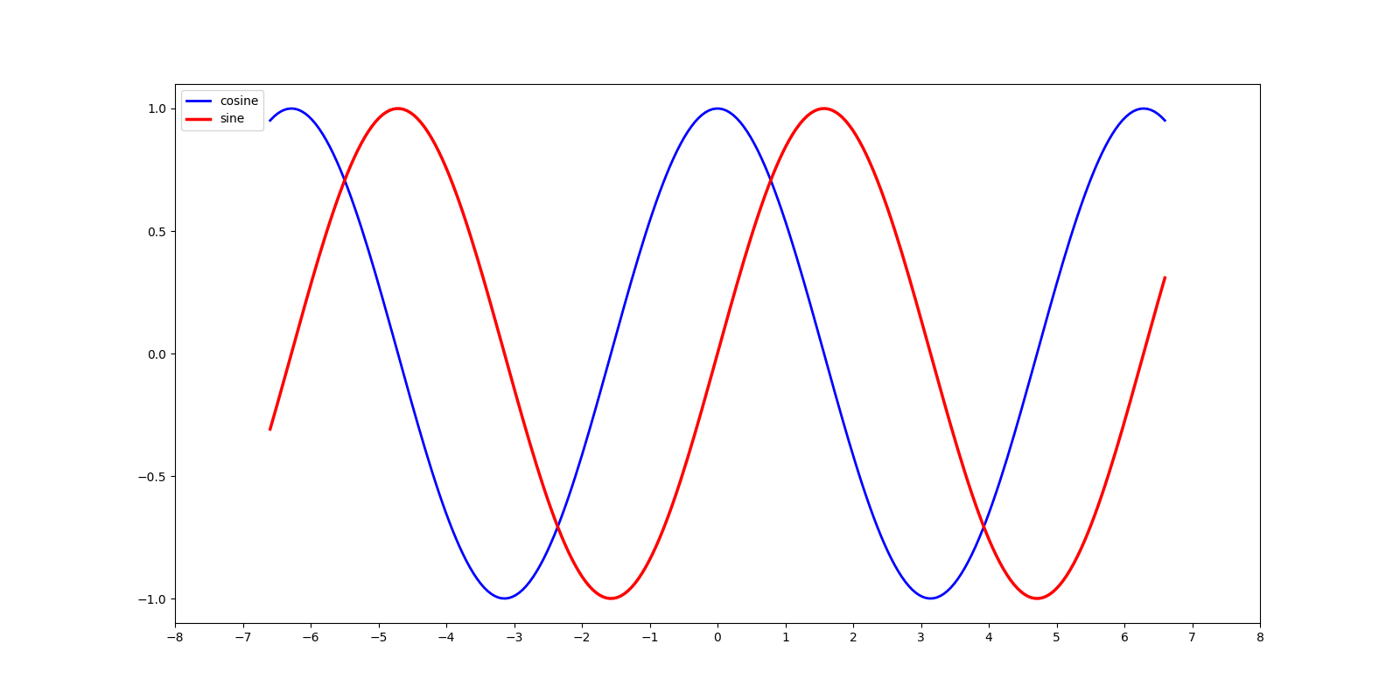
Repository: Jaamunozr/Archivos-python
Script's output: python Archivos Python/Graficas/ejecutable.py
These files come from the project's save history. The script's output is drawn as it stood at one moment and after the next save; the edit follows.
Figures wider than 1,400 px are first shrunk to that width. Animations are shown at an early frame. Random numbers start from a fixed seed.

Above is the script's output before, as saved 2020-02-16 21:35:27.

### Archivos Python/Graficas/ejecutable.py
import pylab as pl
import numpy as np

# Crear una figura de 8x6 puntos de tamaño, 80 puntos por pulgada (Se modifica a 16x8)
pl.figure(figsize=(16, 8), dpi=100)

# Crear una nueva subgráfica en una rejilla de 1x1 (se podrian crean una de dos graficas en una reijlla)
pl.subplot(1, 1, 1)
# Obtencion de datos para seno y coseno (Desde -2pi hasta 2pi)
X = np.linspace(-2.1*np.pi, 2.1*np.pi, 256, endpoint=True) #el numero 256 es la cantidad de datos en ese intervalo
C, S = np.cos(X), np.sin(X)

# Graficar la función coseno con una línea continua azul de 1 pixel de grosor
pl.plot(X, C, color="blue", linewidth=1.0, linestyle="-")

# Graficar la función seno con una línea continua verde de 1 pixel de grosor
pl.plot(X, S, color="green", linewidth=1.0, linestyle="-")

# Establecer límites del eje x (Divisiones en X)
pl.xlim(-8.0, 8.0)

# Ticks en x(Impresión de intervalos, cantidad de datos mostrados en el eje)
pl.xticks(np.linspace(-8, 8, 17, endpoint=True))

# Establecer límites del eje y (Divisiones en Y)
pl.ylim(-1.0, 1.0)

# Ticks en y (Impresión de intervalos, cantidad de datos mostrados en el eje)
pl.yticks(np.linspace(-1, 1, 5, endpoint=True))

'''Otra opcion de determinar los limites a imprimir
pl.xticks([-np.pi, -np.pi/2, 0, np.pi/2, np.pi])
pl.yticks([-1, 0, +1]) '''
#AGREGAR LINEAS DE EJES Y QUITAR EL RECUADRO:
'''
ax = pl.gca()
ax.spines['right'].set_color('none')
ax.spines['top'].set_color('none')
ax.xaxis.set_ticks_position('bottom')
ax.spines['bottom'].set_position(('data',0))
ax.yaxis.set_ticks_position('left')
ax.spines['left'].set_position(('data',0))'''

# Guardar la figura usando 72 puntos por pulgada
# savefig("exercice_2.png", dpi=72)

#Indicamos los espacios entre los bordes de grafica y las graficas
#pl.xlim(X.min() * 1.1, X.max() * 1.1)
pl.ylim(C.min() * 1.1, C.max() * 1.1)

pl.plot(X, C, color="blue", linewidth=2, linestyle="-", label="cosine")
pl.plot(X, S, color="red",  linewidth=2.5, linestyle="-", label="sine")

pl.legend(loc='upper left')

# Mostrar resultado en pantalla (Con 2 segundos de muestreo)
pl.pause(10)

After the next save:
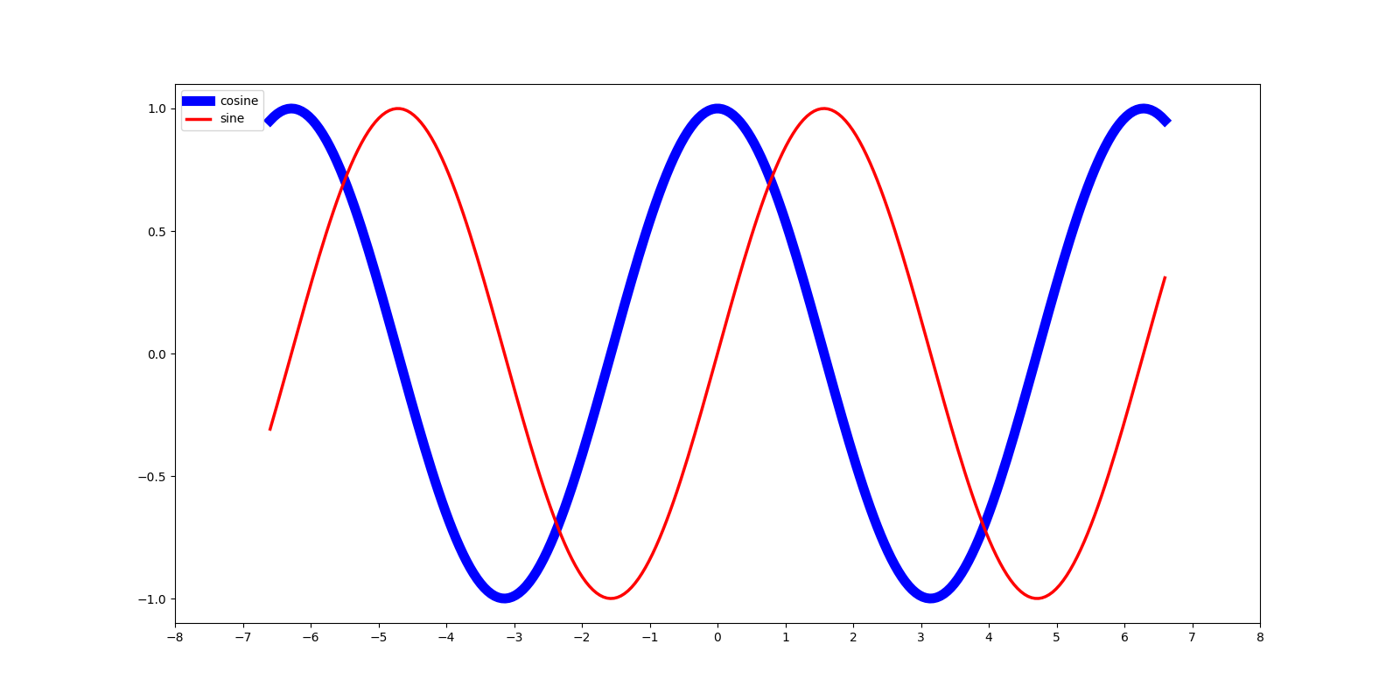
Saved 15 s later.
--- a/Archivos Python/Graficas/ejecutable.py
+++ b/Archivos Python/Graficas/ejecutable.py
@@ -48,7 +48,7 @@ ax.spines['left'].set_position(('data',0))'''
 #pl.xlim(X.min() * 1.1, X.max() * 1.1)
 pl.ylim(C.min() * 1.1, C.max() * 1.1)
 
-pl.plot(X, C, color="blue", linewidth=2, linestyle="-", label="cosine")
+pl.plot(X, C, color="blue", linewidth=8, linestyle="-", label="cosine")
 pl.plot(X, S, color="red",  linewidth=2.5, linestyle="-", label="sine")
 
 pl.legend(loc='upper left')
